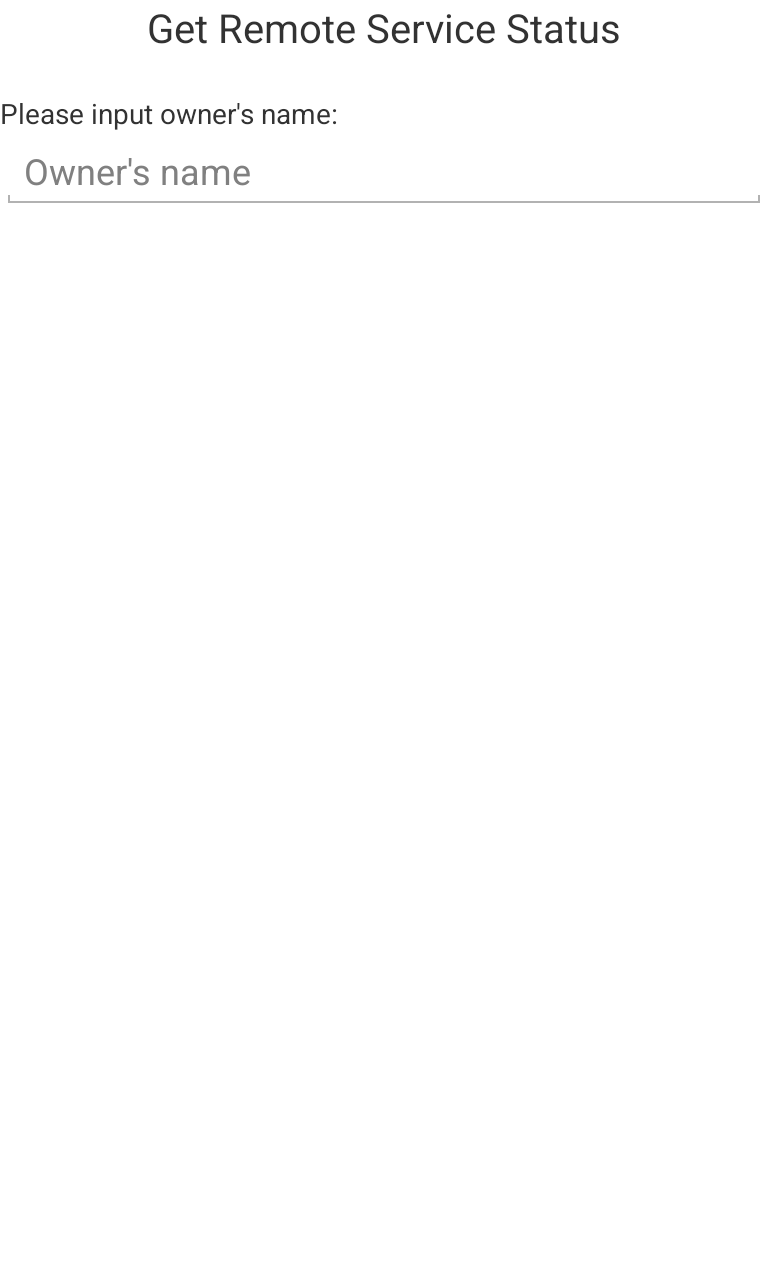
Repository: Liu-D-Henrry/Android
Layout: ComplexClient/res/layout/activity_complex_client.xml
An editor plug-in stored every save of this project. The layout is shown before and after the next save, followed by the edit.
It is drawn on a 768 x 1280 px phone screen (xhdpi) without system bars, with theme AppTheme; the app's code is not run. Lists and similar views that code fills are empty.

Above is the layout before, as saved 2013-09-02 07:19:38.

After the next save:
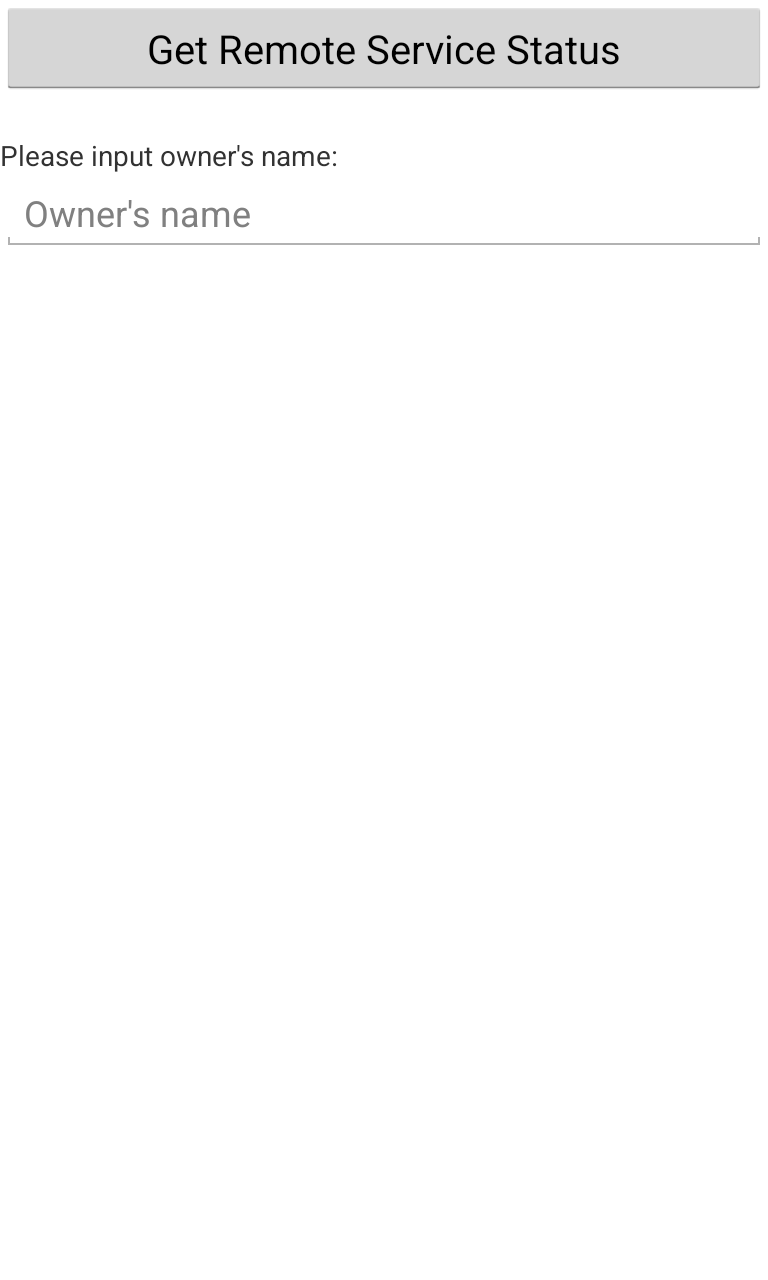
Saved 17 s later.
--- a/ComplexClient/res/layout/activity_complex_client.xml
+++ b/ComplexClient/res/layout/activity_complex_client.xml
@@ -4,7 +4,7 @@
     android:layout_width="match_parent"
     android:layout_height="match_parent" >
 
-    <TextView
+    <Button
         android:layout_width="match_parent"
         android:layout_height="wrap_content"
         android:layout_marginBottom="20dp"
